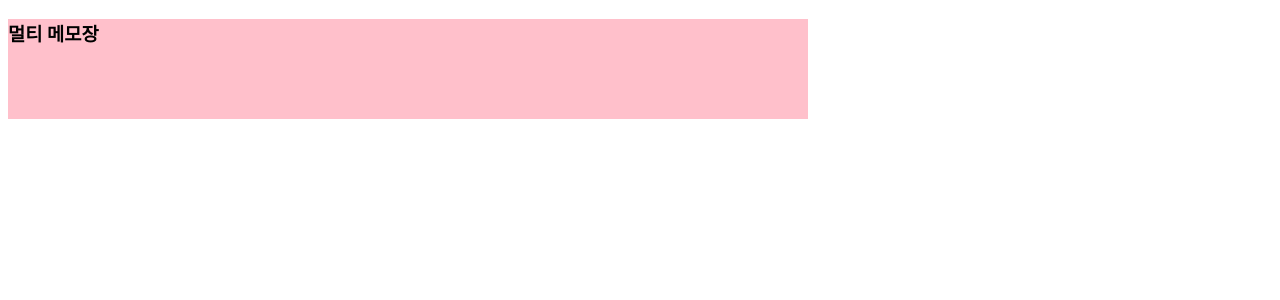
Repository: JayMon0327/Multicampus
Page: http://localhost/SpringMongoDB/mongo_memo.jsp
An editor plug-in stored every save of this project. The page is shown before and after the next save, followed by the edit.
The browser window is 1280 px wide. The pictures show the whole page.
The page is served by Tomcat 9. Nobody is signed in. The application's start-up code is not run. Other server files are loaded and not shown.

Above is the page before, as saved 2022-12-15 00:36:38.

### SpringMongoDB/src/main/webapp/mongo_memo.jsp
<%@ page language="java" contentType="text/html; charset=UTF-8"
    pageEncoding="UTF-8"%>
<!DOCTYPE html>
<html>
<head>
<meta charset="UTF-8">
<title>Insert title here</title>
<style type="text/css">
	h3{
		width: 800px;
		height: 100px;
		background: pink;
	}
</style>
</head>
<body>
<h3>멀티 메모장</h3>
</body>
</html>

After the next save:
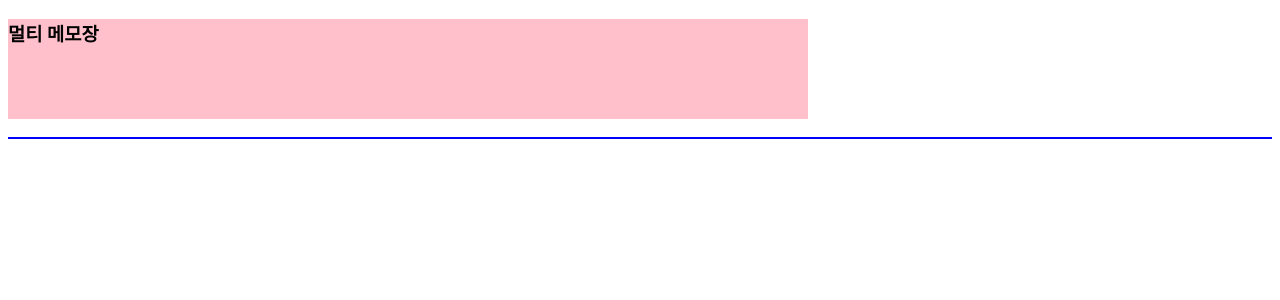
Saved 43 s later.
--- a/SpringMongoDB/src/main/webapp/mongo_memo.jsp
+++ b/SpringMongoDB/src/main/webapp/mongo_memo.jsp
@@ -15,5 +15,7 @@
 </head>
 <body>
 <h3>멀티 메모장</h3>
+<hr color="blue">
+
 </body>
 </html>
